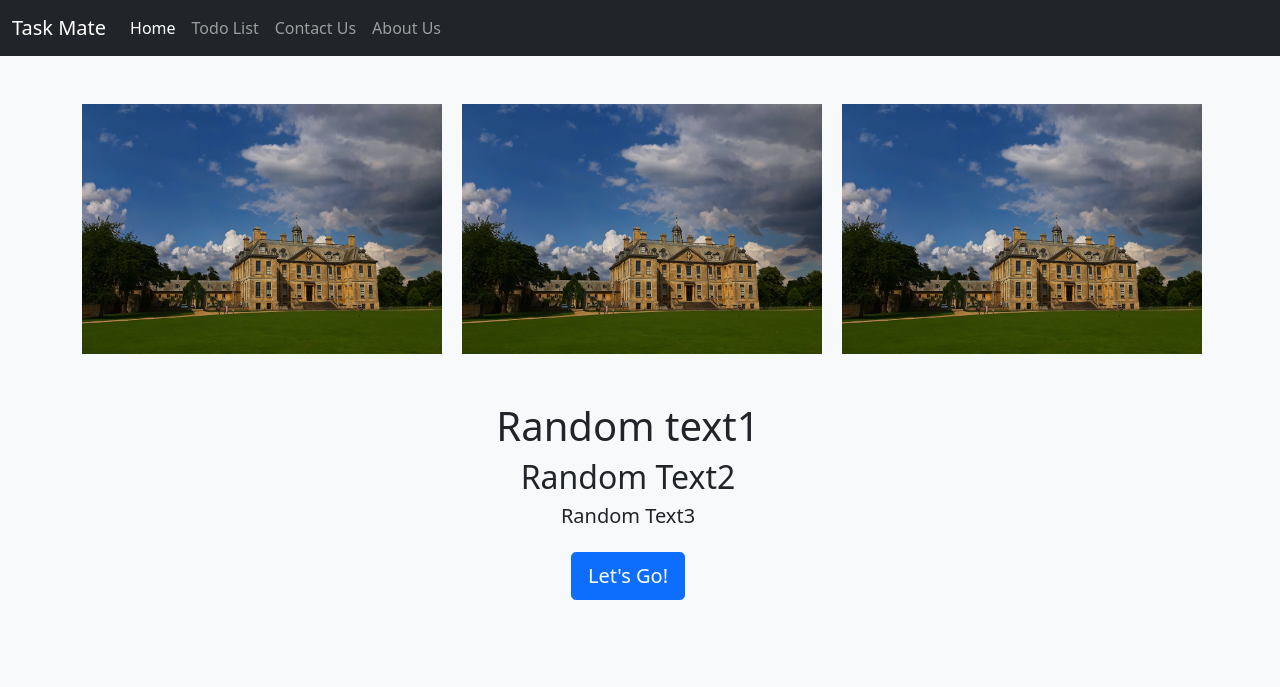
Repository: itathagata/Registration_System
Page: http://localhost/
An editor plug-in stored every save of this project. The page is shown before and after the next save, followed by the edit.
The browser window is 1280 px wide. The pictures show the whole page.
The page is served by the project's application, run on Django 2.2 (manage.py).

Above is the page before, as saved 2021-06-05 12:20:00.

After the next save:
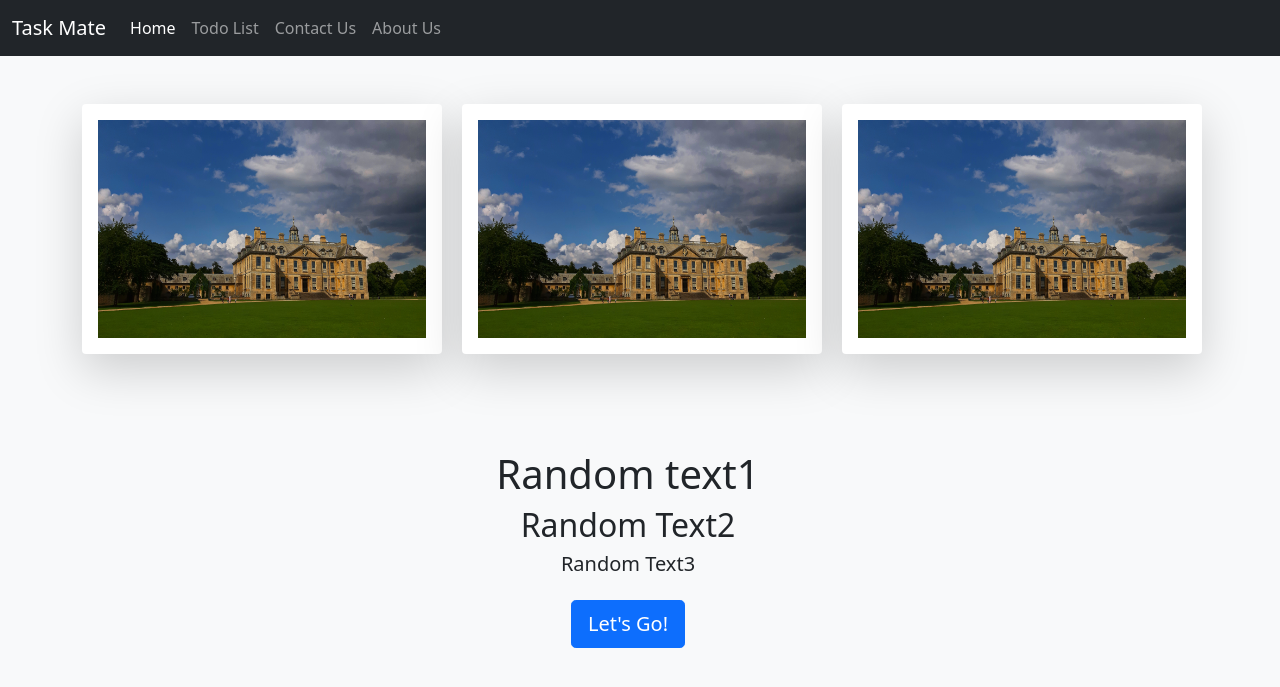
Saved 40 s later.
--- a/todolist_app/templates/index.html
+++ b/todolist_app/templates/index.html
@@ -8,13 +8,13 @@
     <div class="container">
         <div class="row mt-5">
             <div class="col-lg-4">
-                <img src="{% static 'images/background.jpg'%}" class="rounded-lg" alt="Background" width="360"height="250">
+                <img src="{% static 'images/background.jpg'%}" class="rounded-lg shadow-lg p-3 mb-5 bg-white rounded" alt="Background" width="360"height="250">
             </div>
             <div class="col-lg-4">
-                <img src="{% static 'images/background.jpg'%}" class="rounded-lg" alt="Background" width="360"height="250">
+                <img src="{% static 'images/background.jpg'%}" class="rounded-lg shadow-lg p-3 mb-5 bg-white rounded" alt="Background" width="360"height="250">
             </div>
             <div class="col-lg-4">
-                <img src="{% static 'images/background.jpg'%}" class="rounded-lg" alt="Background" width="360"height="250">
+                <img src="{% static 'images/background.jpg'%}" class="rounded-lg shadow-lg p-3 mb-5 bg-white rounded" alt="Background" width="360"height="250">
             </div>
             <div class="row mt-5">
                 <div class="col-md-10 offset-md-1">
